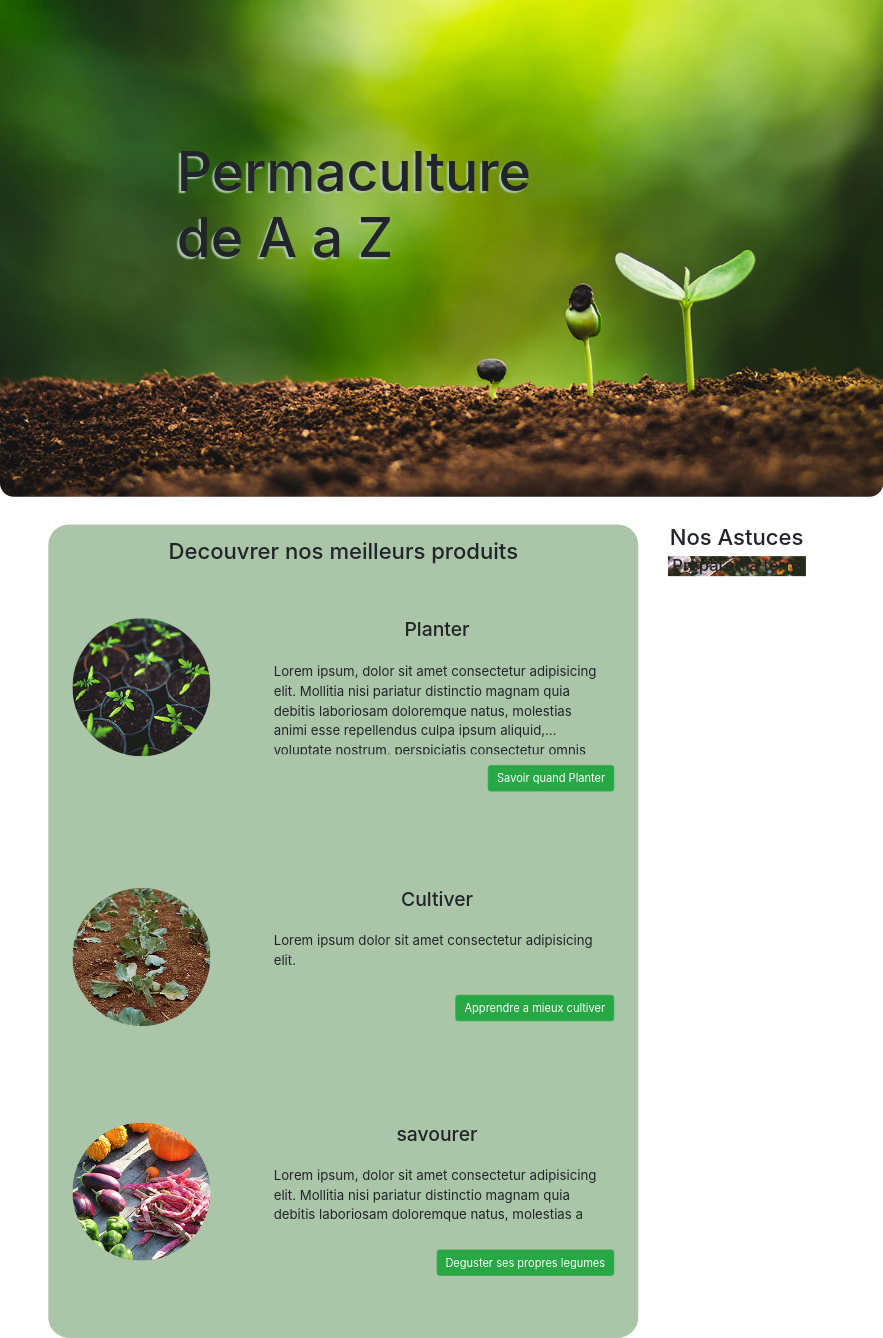
Repository: ahthionkevin/permaculture
Page: index.html
These files come from the project's save history. The page is drawn as it stood at one moment and after the next save; the edit follows.
The browser window is 1280 px wide. The pictures show the whole page, at 69% of full size.
Backgrounds fixed to the window are drawn as part of the page.

Above is the page before, as saved 2021-07-06 22:06:34.

After the next save:
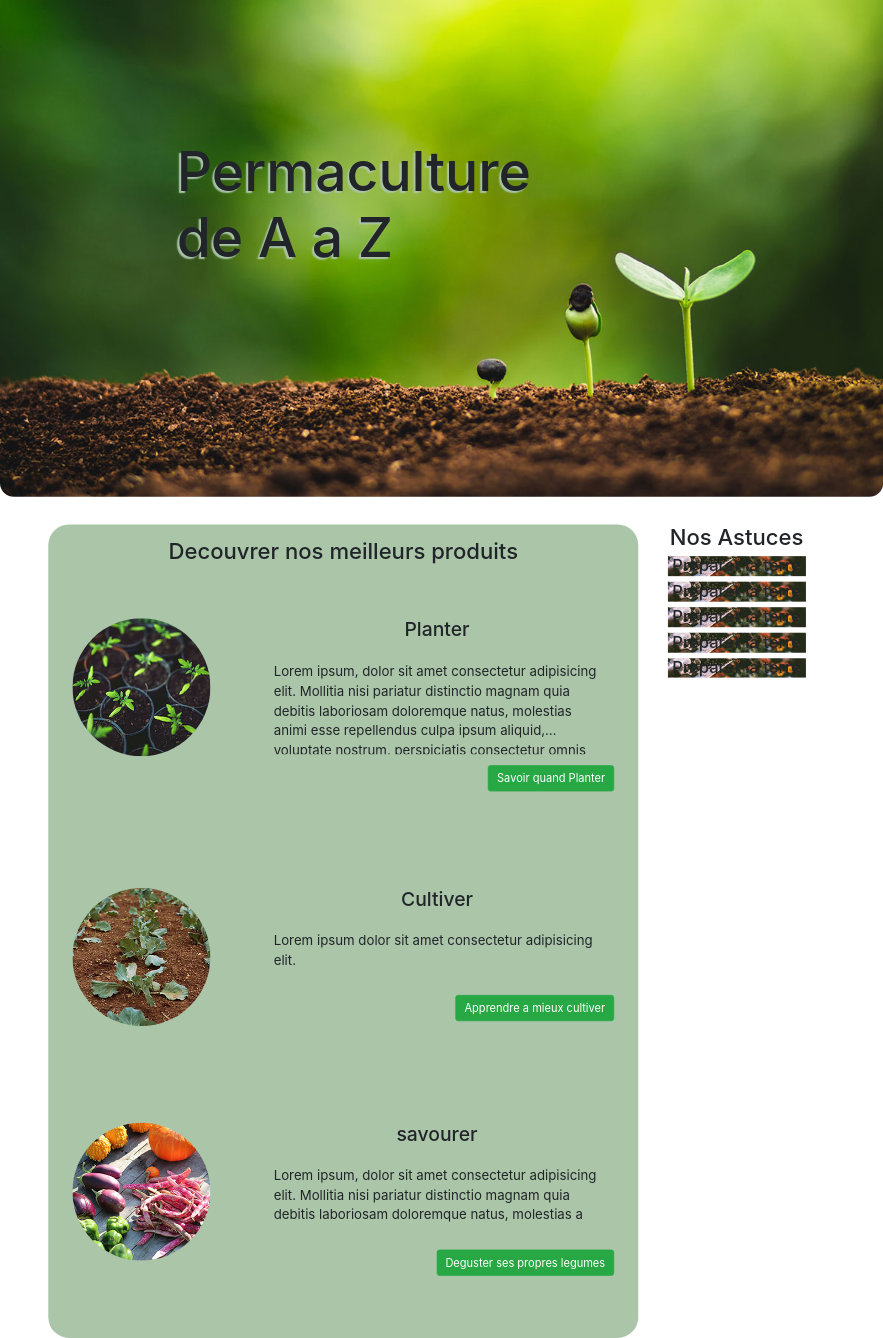
Saved 47 s later.
--- a/index.html
+++ b/index.html
@@ -66,6 +66,22 @@
                 <div class="tips" style="background: url(./media/preparer.jpeg) no-repeat 50% 50%;">
                     <h4>Preparer la terre</h4>
                 </div>
+
+                <div class="tips" style="background: url(./media/preparer.jpeg) no-repeat 50% 50%;">
+                    <h4>Preparer la terre</h4>
+                </div>
+
+                <div class="tips" style="background: url(./media/preparer.jpeg) no-repeat 50% 50%;">
+                    <h4>Preparer la terre</h4>
+                </div>
+
+                <div class="tips" style="background: url(./media/preparer.jpeg) no-repeat 50% 50%;">
+                    <h4>Preparer la terre</h4>
+                </div>
+
+                <div class="tips" style="background: url(./media/preparer.jpeg) no-repeat 50% 50%;">
+                    <h4>Preparer la terre</h4>
+                </div>
             </div>
         </div>
     </div>
